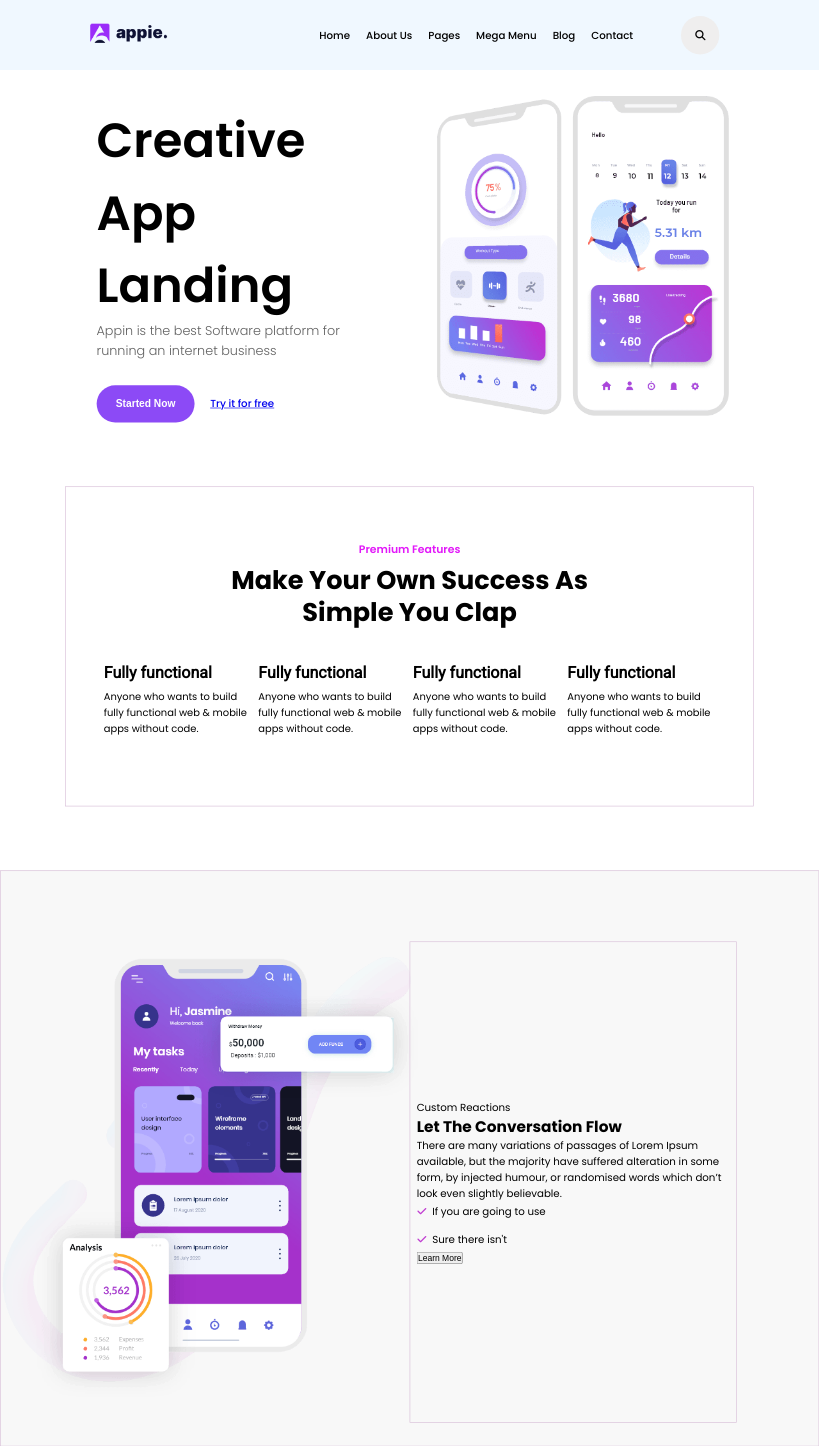
Repository: northpx/landingpage
Page: index.html
An editor plug-in stored every save of this project. The page is shown before and after the next save, followed by the edit.
The browser window is 1280 px wide. The pictures show the whole page, at 64% of full size.

Above is the page before, as saved 2022-12-28 15:59:54.

After the next save:
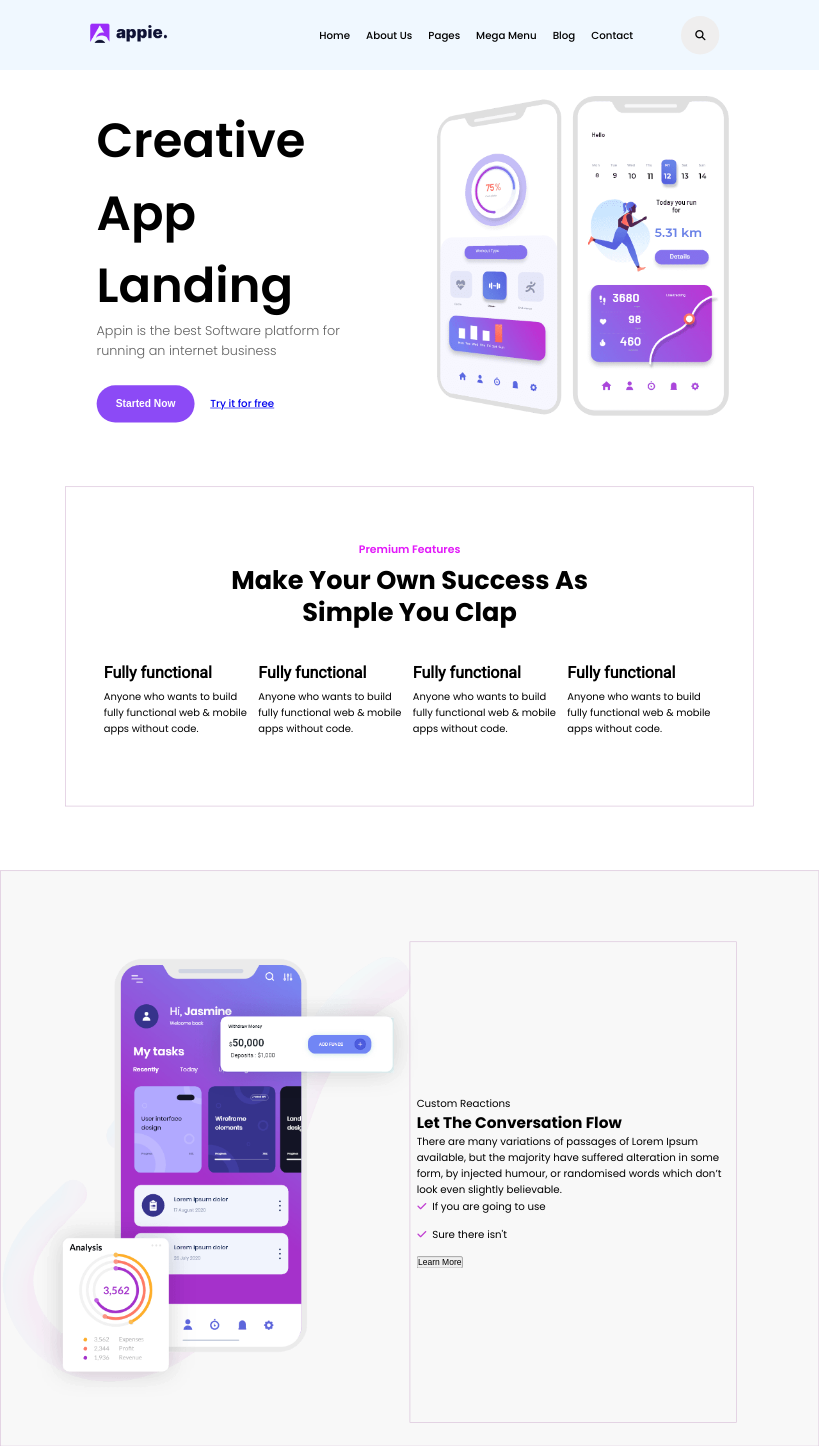
Saved 4 s later.
--- a/src/css/style.css
+++ b/src/css/style.css
@@ -237,7 +237,7 @@ h6{
 .content3 ul{
     list-style-type: none;
     line-height: 30px;
-    mar
+    margin-bottom: 14px;
 }
 .content3 li:nth-child(1){
     padding-bottom: 7px;
